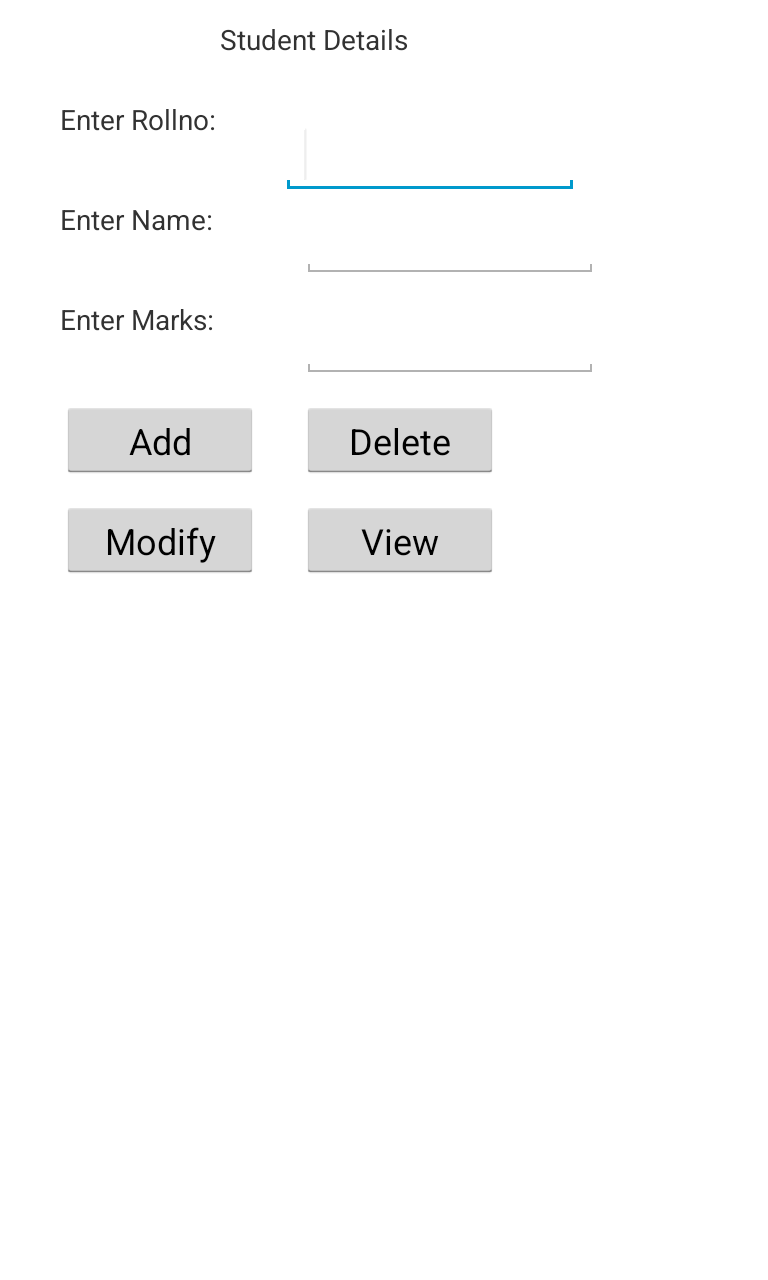
Repository: AungWinnHtut/Android
Layout: mywork1/com.engineer4myanmar.sundaynaungtest.MainActivity/res/layout/activity_main.xml
The author's editor kept a copy of each file at every save. The layout is drawn from the files as they stood at one save, then again after the next save.
It is drawn on a 768 x 1280 px phone screen (xhdpi) without system bars, with theme AppTheme; the app's code is not run.

Above is the layout before, as saved 2015-07-12 05:36:01.

### mywork1/com.engineer4myanmar.sundaynaungtest.MainActivity/res/layout/activity_main.xml
<?xml version="1.0" encoding="utf-8"?>
<AbsoluteLayout xmlns:android="http://schemas.android.com/apk/res/android"
             android:id="@+id/myLayout"
             android:stretchColumns="0"
             android:layout_width="fill_parent"
             android:layout_height="fill_parent">
		<TextView android:text="@string/title"
				  android:layout_x="110dp"
				  android:layout_y="10dp"
		          android:layout_width="wrap_content"
		          android:layout_height="wrap_content"/>
		<TextView android:text="@string/roll_no"
				  android:layout_x="30dp"
				  android:layout_y="50dp"
		          android:layout_width="wrap_content"
		          android:layout_height="wrap_content"/>
		<TextView android:text="@string/name"
				  android:layout_x="30dp"
				  android:layout_y="100dp"
		          android:layout_width="wrap_content"
		          android:layout_height="wrap_content"/>
		<EditText android:id="@+id/editName"
				  android:inputType="text"
				  android:layout_x="150dp"
				  android:layout_y="100dp"
		          android:layout_width="150dp"
		          android:layout_height="40dp"/>
		<TextView android:text="@string/marks"
				  android:layout_x="30dp"
				  android:layout_y="150dp"
		          android:layout_width="wrap_content"
		          android:layout_height="wrap_content"/>
		<EditText android:id="@+id/editMarks"
				  android:inputType="number"
				  android:layout_x="150dp"
				  android:layout_y="150dp"
		          android:layout_width="150dp"
		          android:layout_height="40dp"/>
		<Button	  android:id="@+id/btnAdd"
				  android:text="@string/add"
				  android:layout_x="30dp"
				  android:layout_y="200dp"
		          android:layout_width="100dp"
		          android:layout_height="40dp"/>
		<Button	  android:id="@+id/btnDelete"
				  android:text="@string/delete"
				  android:layout_x="150dp"
				  android:layout_y="200dp"
		          android:layout_width="100dp"
		          android:layout_height="40dp"/>n
		<Button   android:id="@+id/btnModify"
				  android:text="@string/modify"
				  android:layout_x="30dp"
				  android:layout_y="250dp"
		          android:layout_width="100dp"
		          android:layout_height="40dp"/>
		<Button   android:id="@+id/btnView"
				  android:text="@string/view"
				  android:layout_x="150dp"
				  android:layout_y="250dp"
		          android:layout_width="100dp"
		          android:layout_height="40dp"/>

		<EditText
		    android:id="@+id/editRollno"
		    android:layout_width="150dp"
		    android:layout_height="40dp"
		    android:layout_x="140dp"
		    android:layout_y="58dp"
		    android:ems="10"
		    android:inputType="number" >

		    <requestFocus />
		</EditText>

</AbsoluteLayout>

### mywork1/com.engineer4myanmar.sundaynaungtest.MainActivity/res/values/strings.xml
<resources>

    <string name="app_name">SundayNaungTest</string>
    <string name="hello_world">Hello world!</string>
    <string name="menu_settings">Settings</string>
    <string name="title_activity_main">MainActivity</string>
	<string name="hello">Hello World, MyApp!</string>
    <string name="title">Student Details</string>
    <string name="roll_no">Enter Rollno: </string>
    <string name="name">Enter Name: </string>
    <string name="marks">Enter Marks: </string>
    <string name="add">Add</string>
    <string name="delete">Delete</string>
    <string name="modify">Modify</string>
    <string name="view">View</string>
    <string name="view_all">View All</string>
    <string name="show_info">Show Information</string>
</resources>

Loaded but not shown: mywork1/com.engineer4myanmar.sundaynaungtest.MainActivity/res/values-v11/styles.xml (common file); mywork1/com.engineer4myanmar.sundaynaungtest.MainActivity/res/values-v14/styles.xml (common file); mywork1/com.engineer4myanmar.sundaynaungtest.MainActivity/res/values/styles.xml (common file)

After the next save:
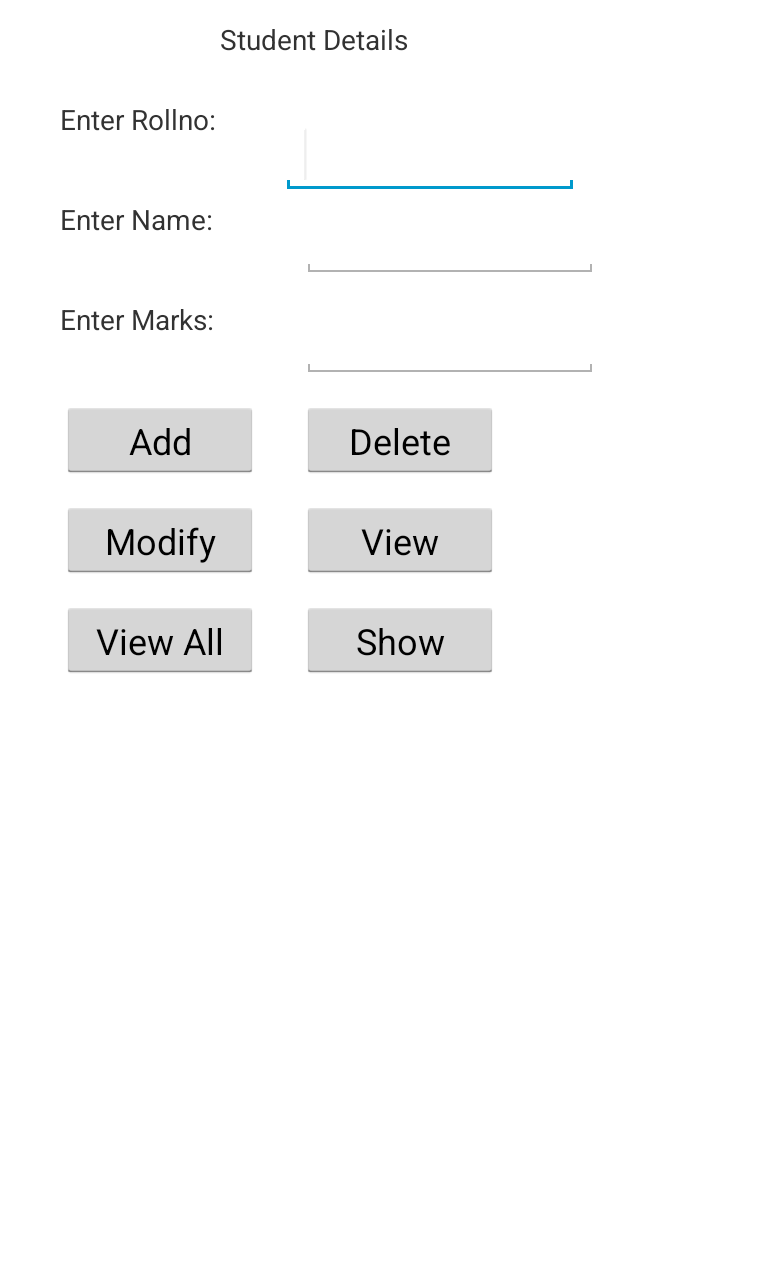
Saved 17 s later.
--- a/mywork1/com.engineer4myanmar.sundaynaungtest.MainActivity/res/layout/activity_main.xml
+++ b/mywork1/com.engineer4myanmar.sundaynaungtest.MainActivity/res/layout/activity_main.xml
@@ -60,6 +60,18 @@
 				  android:layout_y="250dp"
 		          android:layout_width="100dp"
 		          android:layout_height="40dp"/>
+		<Button   android:id="@+id/btnViewAll"
+				  android:text="@string/view_all"
+				  android:layout_x="30dp"
+				  android:layout_y="300dp"
+		          android:layout_width="100dp"
+		          android:layout_height="40dp"/>
+		<Button   android:id="@+id/btnShowInfo"
+				  android:text="@string/show_info"
+				  android:layout_x="150dp"
+				  android:layout_y="300dp"
+		          android:layout_width="100dp"
+		          android:layout_height="40dp"/>
 
 		<EditText
 		    android:id="@+id/editRollno"
